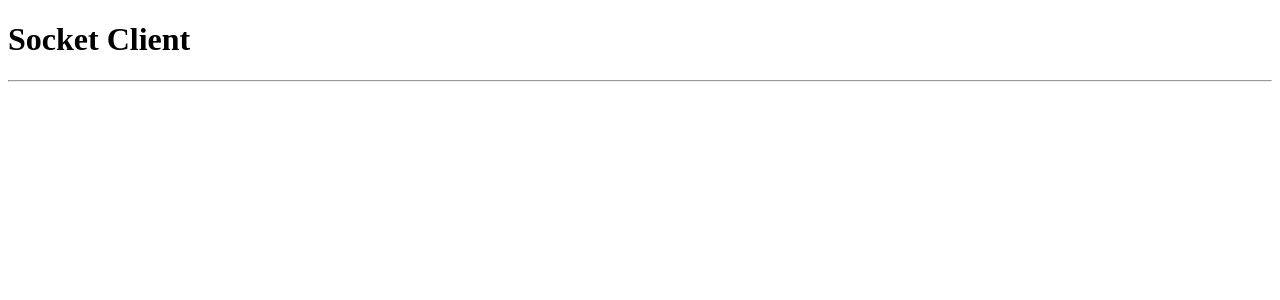
Repository: ElideZavala/curso-node-sockets
Page: public/index.html
These files come from the project's save history. The page is drawn as it stood at one moment and after the next save; the edit follows.
The browser window is 1280 px wide. The pictures show the whole page.

Above is the page before, as saved 2021-05-05 08:04:28.

After the next save:
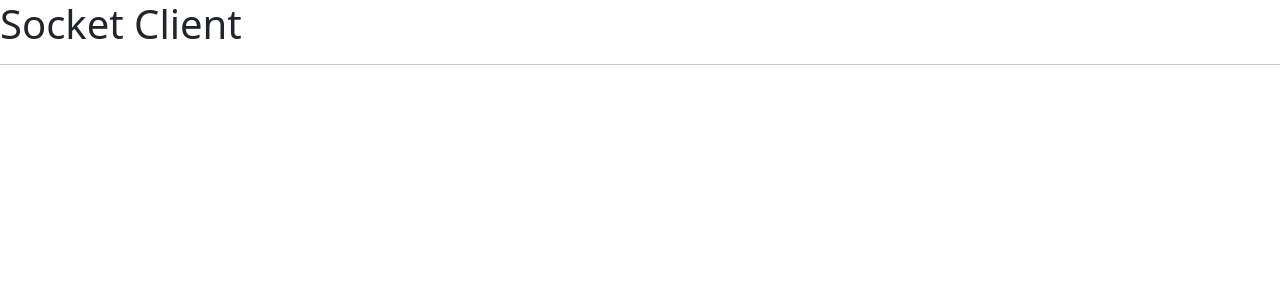
Saved 2 min 24 s later.
--- a/public/index.html
+++ b/public/index.html
@@ -5,6 +5,8 @@
      <meta http-equiv="X-UA-Compatible" content="IE=edge">
      <meta name="viewport" content="width=device-width, initial-scale=1.0">
      <title>Socket Client</title>
+
+     <link href="https://cdn.jsdelivr.net/npm/bootstrap@5.0.0-beta3/dist/css/bootstrap.min.css" rel="stylesheet" integrity="sha384-eOJMYsd53ii+scO/bJGFsiCZc+5NDVN2yr8+0RDqr0Ql0h+rP48ckxlpbzKgwra6" crossorigin="anonymous"/>
 </head>
 <body>
      <h1>Socket Client</h1>
